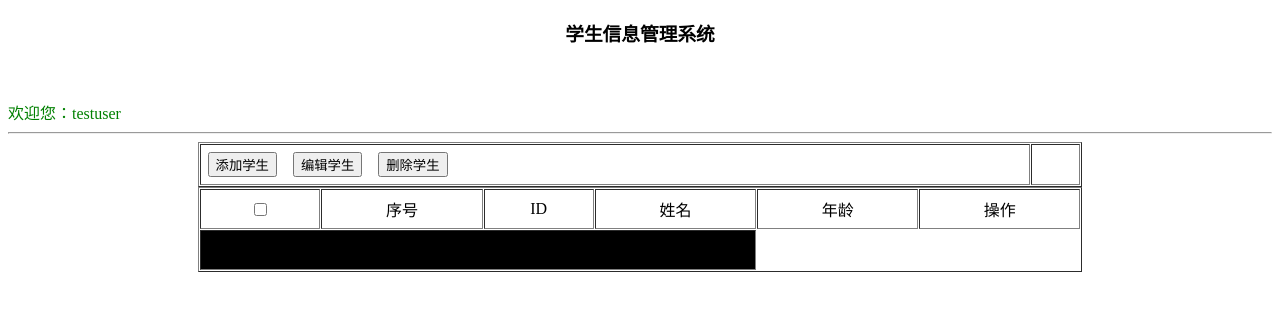
Repository: DataBoxWx/mvc_servlet_3
Page: http://localhost/jsp_1_homework/studentlist.do
The author's editor kept a copy of each file at every save. The page is drawn from the files as they stood at one save, then again after the next save.
The browser window is 1280 px wide. The pictures show the whole page.
The page is served by Tomcat 9. The session is filled in as if someone had signed in: {"username": "testuser"}. Other server files are loaded and not shown. Queries for data that is not in the repository find no rows.

Above is the page before, as saved 2018-05-04 13:41:19.

### jsp_1_homework/WebContent/jsp/studentlist.jsp
<%@ taglib prefix="b" uri="http://java.sun.com/jsp/jstl/core" %>
<%@ page language="java" contentType="text/html; charset=UTF-8"
    pageEncoding="UTF-8"%>
<%
	String basePath = request.getScheme() + "://" + request.getServerName() + ":" + 	request.getServerPort() + request.getContextPath() + "/";
%>
<!DOCTYPE html PUBLIC "-//W3C//DTD HTML 4.01 Transitional//EN" "http://www.w3.org/TR/html4/loose.dtd">
<html>
<head>
<base href="<%=basePath%>">
<meta http-equiv="Content-Type" content="text/html; charset=UTF-8">
<title>Insert title here</title>
<style type="text/css">
	td{
		text-align: center
	}
	a{
		text-decoration: none;
		color: green;
	}
	.ys{
		background-color: activecaption;
	}
</style>
<script type="text/javascript" src="js/jquery-1.8.3.min.js"></script>
<script type="text/javascript">
/* 	function tj(){
		window.location.href="jsp/studentadd.jsp";
	} */
	$(function(){

		$("#addButt").click(function(){
			window.location.href="jsp/studentadd.jsp";
		});
		$("#editButt").click(function(){

			var $xz = $("input[name='xz']:checked");
			if($xz.length==0){
				alert("请选择一个记录");
			}else if($xz.length == 1){
				//alert(123);
				var id = $xz[0].value;
				//alert(id);
				window.location.href="studentshow.do?id="+id;
			}else{
				alert("只能选择一条记录");
			}

		});
		$("#deleteButt").click(function(){
			var $xz = $("input[name='xz']:checked");
			if($xz.length==0){
				alert("请选择需要删除的记录");
			}else{
				if(confirm("您确定删除吗？")){
					var path="studentdeletes.do?";
					for(var i=0;i < $xz.length;i++){
						path += "id=" + $xz[i].value;
						if(i<$xz.length-1){
							path += "&";
						}
					}
					window.location.href=path;
				}
			}
		});
		$("#tb").click(function(){
			var $xz = $("input[name='xz']")
			if($("#tb")[0].checked){
				for(var i = 0;i<$xz.length;i++){
					$xz[i].checked=true;
				}
			}else{
				for(var i = 0;i<$xz.length;i++){
					$xz[i].checked=false;
				}
			}
		});
		$("#t>tr:even").addClass("ys");

	});

</script>
</head>
<body>
	<h3 style="text-align:center">学生信息管理系统</h3><br/><br/>
	<div style="color: green">欢迎您：${username}</div><hr>
	<table border="1"  align="center" width=70% cellpadding="7" cellspacing="1">
		<tr>
			<td style="text-align:left" colspan="1">
				<button id="addButt">添加学生</button>&nbsp;&nbsp;&nbsp;
				<button id="editButt">编辑学生</button>&nbsp;&nbsp;&nbsp;
				<button id="deleteButt">删除学生</button>&nbsp;&nbsp;&nbsp;
			<td>
		</tr>
	</table>
	<table border="1" align="center" width=70% cellpadding="7" cellspacing="1">
		<thead>
		<tr>
			<td>
				<input type="checkbox" id="tb">
			</td>
			<td>
			序号
			</td>
			<td>
			ID
			</td>
			<td>
			姓名
			</td>
			<td>
			年龄
			</td>
			<td>
			操作
			</td>
		</tr>
		</thead>
		<tbody id="t">
			<b:if test="${empty list}">
				<tr>
					<td colspan="4">
						没有相关的记录
					</td>
				</tr>
			</b:if>
			<b:if test="${!empty list}">
				<b:forEach items="${list}" var="slist" varStatus="vs">
					<tr>
						<td>
							<input type="checkbox" name="xz" value="${slist.id}"/>
						</td>
						<td>
							${vs.count}
						</td>
						<td>
							${slist.id}
						</td>
						<td>
							${slist.name}
						</td>
						<td>
							${slist.age}
						</td>
						<td>
							 <a href="studentshow.do?id=${slist.id}">编辑</a>
							 	||
							 <a href="studentdelete.do?id=${slist.id}">删除</a>

						</td>
					</tr>
				</b:forEach>
			</b:if>
		</tbody>
	</table>
</body>
</html>

### jsp_1_homework/src/com/bjpowernode/demo1/StudentList.java
package com.bjpowernode.demo1;

import java.io.IOException;
import java.sql.Connection;
import java.sql.PreparedStatement;
import java.sql.ResultSet;
import java.sql.SQLException;
import java.util.ArrayList;
import java.util.List;

import javax.servlet.ServletException;
import javax.servlet.http.HttpServlet;
import javax.servlet.http.HttpServletRequest;
import javax.servlet.http.HttpServletResponse;

import com.bjpowernode.common.Jutil;
import com.bjpowernode.domain.Student;

/**
 * Servlet implementation class Login
 */
public class StudentList extends HttpServlet {

	protected void doGet(HttpServletRequest request, HttpServletResponse response) throws ServletException, IOException {

		Connection conn = null;
		PreparedStatement ps = null;
		ResultSet res = null;
		String sql = "select id,name,age from student";
		List<Student> list = new ArrayList<>();
		try {
			conn = Jutil.getConnection();
			ps = conn.prepareStatement(sql);
			res = ps.executeQuery();
			while(res.next()){
				Student stu = new Student();
				stu.setId(res.getString(1));
				stu.setName(res.getString(2));
				stu.setAge(res.getInt(3));
				list.add(stu);
			}
		} catch (ClassNotFoundException e) {
			// TODO Auto-generated catch block
			e.printStackTrace();
		} catch (SQLException e) {
			// TODO Auto-generated catch block
			e.printStackTrace();
		}
		request.setAttribute("list", list);
		request.getRequestDispatcher("/jsp/studentlist.jsp").forward(request, response);

	}

	protected void doPost(HttpServletRequest request, HttpServletResponse response) throws ServletException, IOException {
		doGet(request, response);
	}

}

### jsp_1_homework/src/com/bjpowernode/common/Jutil.java
package com.bjpowernode.common;

import java.io.IOException;
import java.io.InputStream;
import java.sql.Connection;
import java.sql.DriverManager;
import java.sql.PreparedStatement;
import java.sql.ResultSet;
import java.sql.SQLException;
import java.util.Properties;

public class Jutil {
	private static String user;
	private static String password;
	private static String url;
	private static String classname;
	static{
		Properties pro = new Properties();
		InputStream in = Jutil.class.getClassLoader().getResourceAsStream("resource.properties");
		try {
			pro.load(in);
			user = pro.getProperty("user");
			password = pro.getProperty("password");
			url = pro.getProperty("url");
			classname = pro.getProperty("classname");
		} catch (IOException e) {
			// TODO Auto-generated catch block
			e.printStackTrace();
		}finally {
			if(in != null){
				try {
					in.close();
				} catch (IOException e) {
					// TODO Auto-generated catch block
					e.printStackTrace();
				}
			}
		}
	}
	public static Connection getConnection() throws SQLException, ClassNotFoundException{
		Class.forName(classname);
		return DriverManager.getConnection(url, user, password);
	}
	public static void close1(Connection conn,PreparedStatement ps, ResultSet res) {
		if(res != null){
			try {
				res.close();
			} catch (SQLException e) {
				// TODO Auto-generated catch block
				e.printStackTrace();
			}
		}
		if(ps != null){
			try {
				ps.close();
			} catch (SQLException e) {
				// TODO Auto-generated catch block
				e.printStackTrace();
			}
		}
		if( conn!= null){
			try {
				conn.close();
			} catch (SQLException e) {
				// TODO Auto-generated catch block
				e.printStackTrace();
			}
		}

	}
}

Loaded but not shown: jsp_1_homework/WebContent/js/jquery-1.8.3.min.js (library)

After the next save:
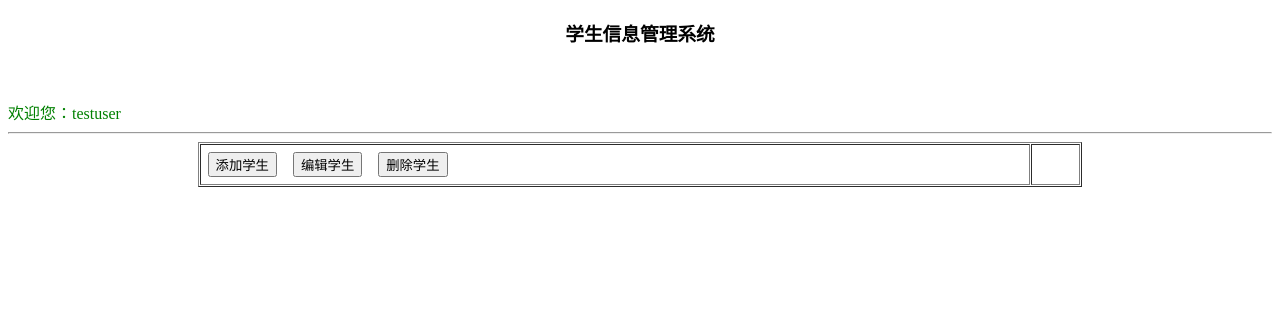
Saved 53 s later.
--- a/jsp_1_homework/WebContent/jsp/studentlist.jsp
+++ b/jsp_1_homework/WebContent/jsp/studentlist.jsp
@@ -94,7 +94,7 @@
 			<td>
 		</tr>
 	</table>
-	<table border="1" align="center" width=70% cellpadding="7" cellspacing="1">
+	<%-- <table border="1" align="center" width=70% cellpadding="7" cellspacing="1">
 		<thead>
 		<tr>
 			<td>
@@ -153,6 +153,6 @@
 				</b:forEach>
 			</b:if>
 		</tbody>
-	</table>
+	</table> --%>
 </body>
 </html>
